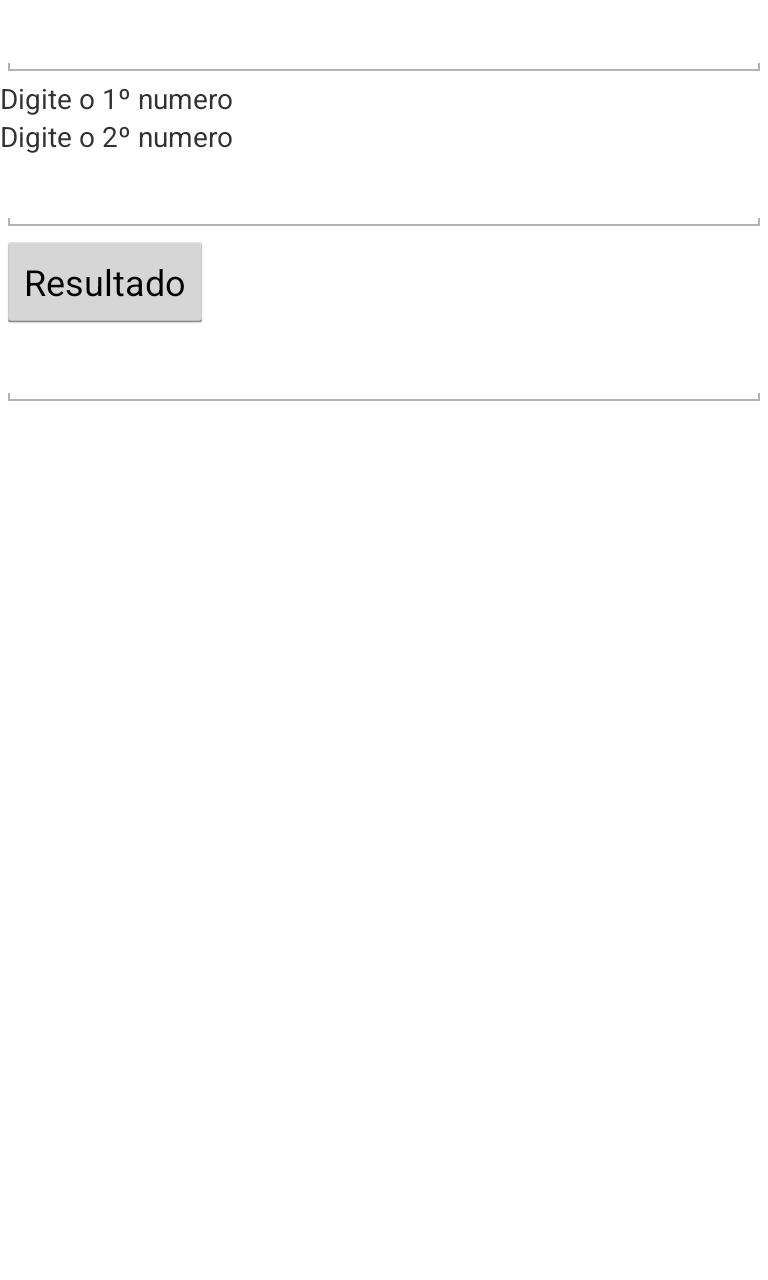
Repository: kassianefacanha/ANDROID
Layout: Aplicativos android/Calculadora/res/layout/activity_main.xml
An editor plug-in stored every save of this project. The layout is shown before and after the next save, followed by the edit.
It is drawn on a 768 x 1280 px phone screen (xhdpi) without system bars, with theme AppTheme; the app's code is not run.

Above is the layout before, as saved 2014-02-21 10:26:17.

After the next save:
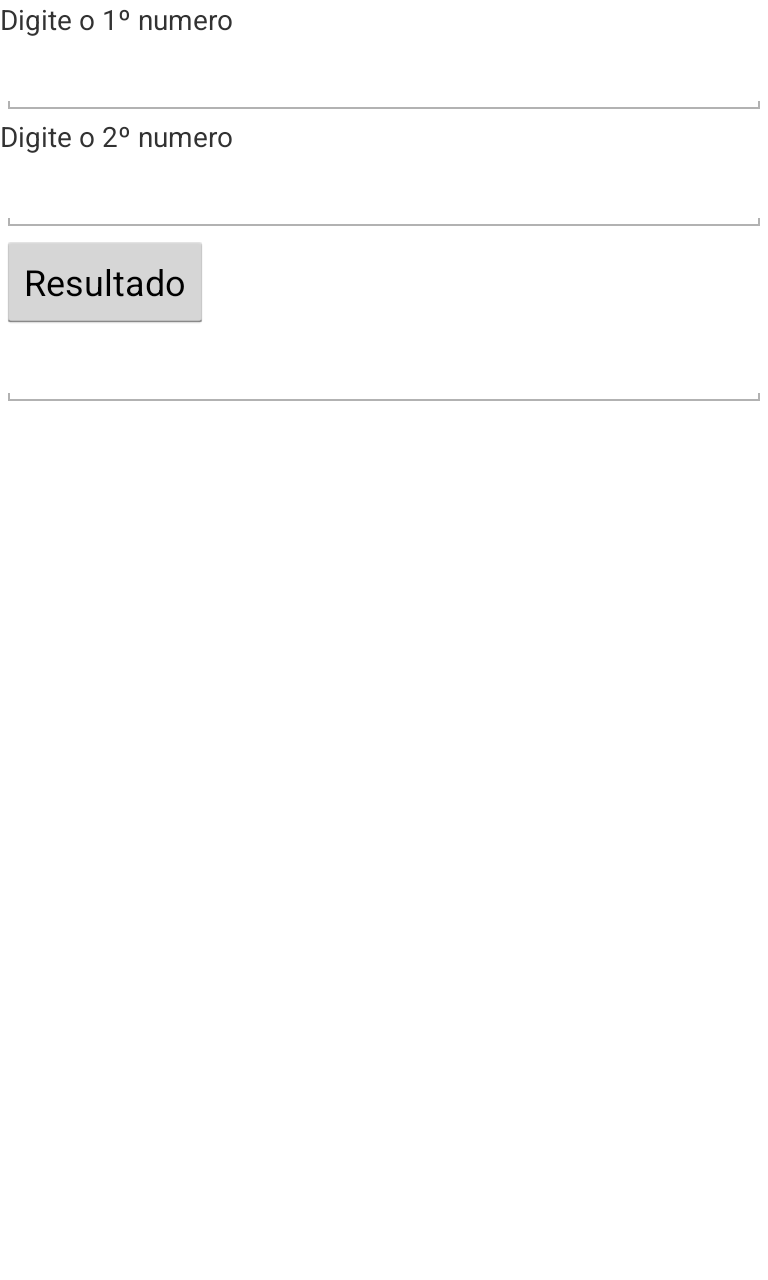
Saved 78 s later.
--- a/Aplicativos android/Calculadora/res/layout/activity_main.xml
+++ b/Aplicativos android/Calculadora/res/layout/activity_main.xml
@@ -4,21 +4,23 @@
     android:layout_height="match_parent"
     android:orientation="vertical">
 
-    <EditText
-        android:id="@+id/etnum1"
-        android:layout_width="fill_parent"
-        android:layout_height="wrap_content"
-        android:ems="10" />
+
 
     <TextView
         android:layout_width="wrap_content"
         android:layout_height="wrap_content"
         android:text="Digite o 1º numero" />
+    <EditText
 
-     <TextView
+        android:layout_width="fill_parent"
+        android:layout_height="wrap_content"
+        android:id="@+id/etnum1" />
+
+    <TextView
         android:layout_width="wrap_content"
         android:layout_height="wrap_content"
         android:text="Digite o 2º numero" />
+
     <EditText
         android:layout_width="fill_parent"
         android:layout_height="wrap_content"
